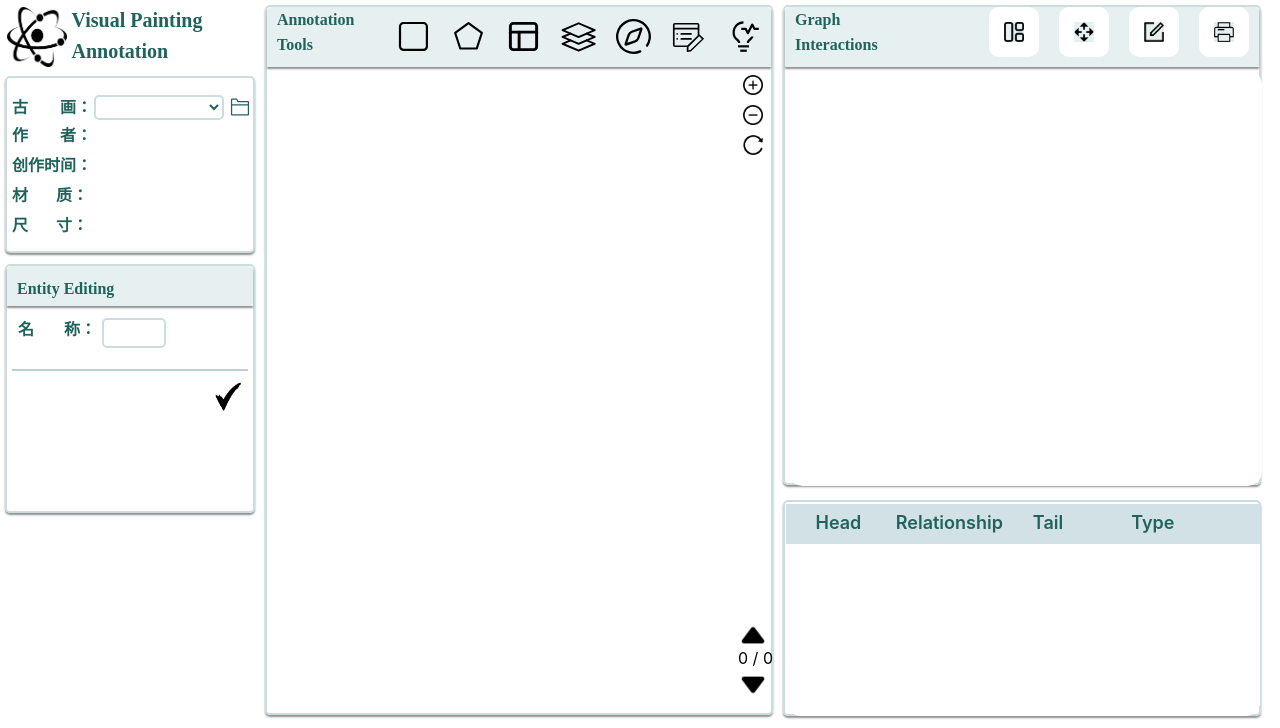
Repository: cailbh/ImageLabelTool
Page: /
The author's editor kept a copy of each file at every save. The page is drawn from the files as they stood at one save, then again after the next save.
The browser window is 1280 px wide. The pictures show the whole page.
The project was rebuilt for these pictures with package versions that can differ from the ones it lists, and the page was loaded fresh each time.

Above is the page before, as saved 2022-10-30 14:10:31.

### src/index.tsx
import React from 'react';
import ReactDOM from 'react-dom/client';
import './index.css';
import UI from './View';

const root = ReactDOM.createRoot(
  document.getElementById('root') as HTMLElement
);
root.render(
  <React.StrictMode>
    <UI />
  </React.StrictMode>
);

### src/index.css
* {
  margin: 0;
  font-family: -apple-system, BlinkMacSystemFont, 'Segoe UI', 'Roboto', 'Oxygen',
    'Ubuntu', 'Cantarell', 'Fira Sans', 'Droid Sans', 'Helvetica Neue',
    sans-serif;
  -webkit-font-smoothing: antialiased;
  -moz-osx-font-smoothing: grayscale;
  padding: 0;
  user-select: none;
}

code {
  font-family: source-code-pro, Menlo, Monaco, Consolas, 'Courier New',
    monospace;
}

html, body, #root {
  width: 100%;
  height: 100%;
  /* background: rgb(237,241,241); */
  background: rgb(255,255,255);
}

#root {
  /* display: flex; */
  /* flex-direction: row; */

}

### src/View/index.tsx
/**
 * 该组件负责图像视图与网络图视图的通信：
 *
 */

import React from "react";
// import ImageView from "./ImageView";
import GraphView from "./GraphView";
import LabelView from "./LabelView";
import { Entity, EntityArray, Relationship, RelationshipArray } from '../lib/interface'
import { EntityArrayContextProvider, useEntityArray, useEntityArrayUpdate } from "../lib/context";
import { RelationshipArrayContextProvider, useRelationshipArray, useRelationshipArrayUpdate } from "../lib/context";
import { InfoContextProvider, useInfo, useInfoUpdate } from "../lib/context";
import { MemoArrayContextProvider, useMemoArray, useMemoArrayUpdate } from "../lib/context";


export default function UI() {
    return (
        <React.StrictMode>
            <InfoContextProvider>
                <RelationshipArrayContextProvider>
                    <EntityArrayContextProvider>
                        <MemoArrayContextProvider>
                            {/* <ImageView></ImageView> */}

                            <LabelView></LabelView>
                            {/* <GraphView></GraphView> */}
                        </MemoArrayContextProvider>
                    </ EntityArrayContextProvider >
                </RelationshipArrayContextProvider>
            </InfoContextProvider>
        </React.StrictMode>
    )
}

### src/View/LabelView.tsx
import React from "react";
import LabelDisplay from "../component/LabelDisplay/index";
import LabelTool from "../component/LabelTool/index";
import ViewCard from "./ViewCard";

export default function LabelView() {
    return (
        // <ViewCard
        //     top={(
        //         <LabelTool></LabelTool>
        //     )}
        //     body={(
        <LabelDisplay></LabelDisplay>
        //     )}
        // />
    )
}

### src/lib/context.tsx
import React, { useContext, useState } from 'react';
import { MemoArray, Relationship, RelationshipArray, EntityArray, Entity, Info } from './interface'
import { arrayBuffer } from 'stream/consumers';


const entityContext = React.createContext<EntityArray>({ array: [] });
const EntityUpdateContext = React.createContext(null);

export const useEntityArray = () => useContext(entityContext);
export const useEntityArrayUpdate = () => useContext(EntityUpdateContext);
export const EntityArrayContextProvider = ({ children }) => {
    const [entityArray, setEntityArray] = useState<Entity[]>([]);
    const updateEntityArray = (entityArray) => {
        setEntityArray([...entityArray])
    }
    return (
        <entityContext.Provider value={{ array: entityArray }}>
            <EntityUpdateContext.Provider value={updateEntityArray}>
                {children}
            </EntityUpdateContext.Provider>
        </entityContext.Provider>
    );
};

const relationshipContext = React.createContext<RelationshipArray>({ array: [] });
const relationshipUpdateContext = React.createContext(null);

export const useRelationshipArray = () => useContext(relationshipContext);
export const useRelationshipArrayUpdate = () => useContext(relationshipUpdateContext);
export const RelationshipArrayContextProvider = ({ children }) => {
    const [RelationshipArray, setRelationshipArray] = useState<Relationship[]>([]);
    const updateRelationshipArray = (RelationshipArray) => {
        setRelationshipArray([...RelationshipArray])
    }
    return (
        <relationshipContext.Provider value={{ array: RelationshipArray }}>
            <relationshipUpdateContext.Provider value={updateRelationshipArray}>
                {children}
            </relationshipUpdateContext.Provider>
        </relationshipContext.Provider>
    );
};


const memoContext = React.createContext<MemoArray>({ entArray: [], relArray: [] });
const memoUpdateContext = React.createContext(null);

export const useMemoArray = () => useContext(memoContext);
export const useMemoArrayUpdate = () => useContext(memoUpdateContext);
export const MemoArrayContextProvider = ({ children }) => {
    const [entArray, setEntArray] = useState<Entity[]>([]);
    const [relArray, setRelArray] = useState<Relationship[]>([]);
    const updateMemoArray = (entArray, relArray) => {
        setEntArray([...entArray])
        setRelArray([...relArray])
    }
    return (
        <memoContext.Provider value={{ entArray: entArray, relArray: relArray }}>
            <memoUpdateContext.Provider value={updateMemoArray}>
                {children}
            </memoUpdateContext.Provider>
        </memoContext.Provider>
    );
};

const infoContext = React.createContext<Info>(null);
const InfoUpdateContext = React.createContext(null);

export const useInfo = () => useContext(infoContext);
export const useInfoUpdate = () => useContext(InfoUpdateContext);
export const InfoContextProvider = ({ children }) => {
    const [info, setInfo] = useState<Info>();
    const updateInfo = (infoArray) => {
        setInfo(infoArray)
    }
    return (
        <infoContext.Provider value={info}>
            <InfoUpdateContext.Provider value={updateInfo}>
                {children}
            </InfoUpdateContext.Provider>
        </infoContext.Provider>
    );
};

### src/lib/webAnnotate.tsx
export default class LabelImage {
	entityCo: any;
	cWidth: number;
	cHeight: number;
	// 缩略图宽度
	sWidth: number;
	// 缩略图高度
	sHeight: number;
	// 图片宽度
	iWidth: number;
	// 图片高度
	iHeight: number;
	// 图片拖拽至边缘最小显示
	appearSize: number;
	// 缩放布进
	scaleStep: number;
	// 最小缩放比例
	minScale: number;
	// 最大缩放比例
	maxScale: number;
	// 图片在画板中的横坐标
	x: number;
	// 图片在画板中的纵坐标
	y: number;
	// 鼠标当前画板中的横坐标
	mouseX: number;
	// 鼠标当前画板中的纵坐标
	mouseY: number;
	// 拖动过程中，鼠标前一次移动的横坐标
	prevX: number;
	// 拖动过程中，鼠标前一次移动的纵坐标
	prevY: number;
	// 创建新标签输入名字
	inputs: string;
	// 鼠标移动过程中坐标
	moveP: any;
	// 拖动时，曲线圆点类型
	curveCircleType: string;
	// 拖动时，曲线下标
	curveIndex: number;
	// 缩放比例
	scale: number;
	// 鼠标在图片中的横坐标
	ix: number;
	// 鼠标在图片中的纵坐标
	iy: number;
	// 矩形框起点横坐标
	rectX: number;
	// 矩形框起点纵坐标
	rectY: number;
	// 曲线终点点横坐标
	endX: number;
	// 曲线终点纵坐标
	endY: number;
	// 关系起点id
	sourceIndex: string;
	// 关系终点id
	targetIndex: number;
	// 绘制多边形的圆点半径
	radius: number;

	// 绘制线段宽度
	lineWidth: number;

	//绘制区域模块透明度
	opacity: number;

	// 定时器
	timer: any;

	// 结果是否被修改
	isModify: boolean;

	// 是否全屏
	isFullScreen: boolean;

	// 是否移动图像标注圆点
	isDragCircle: boolean;

	// 当前点击圆点index
	snapCircleIndex: number;

	// 用于在拖拽或者缩放时，让绘制至存储面板的数据，只绘制一次
	drawFlag: boolean;

	// 监听滚动条缩放是否结束的定时器
	mousewheelTimer: any;

	// 历史记录下标
	historyIndex: number;
	Arrays: any;
	Nodes: any;
	Features: any;
	constructor(options) {
		// 画布宽度
		this.cWidth = 0;
		// 画布高度
		this.cHeight = 0;
		// 缩略图宽度
		this.sWidth = 0;
		// 缩略图高度
		this.sHeight = 0;
		// 图片宽度
		this.iWidth = 0;
		// 图片高度
		this.iHeight = 0;
		// 图片拖拽至边缘最小显示
		this.appearSize = 180;
		// 缩放布进
		this.scaleStep = 0.02;
		// 最小缩放比例
		this.minScale = 0.02;
		// 最大缩放比例
		this.maxScale = 8;
		// 图片在画板中的横坐标
		this.x = 0;
		// 图片在画板中的纵坐标
		this.y = 0;
		// 鼠标当前画板中的横坐标
		this.mouseX = 0;
		// 鼠标当前画板中的纵坐标
		this.mouseY = 0;
		// 拖动过程中，鼠标前一次移动的横坐标
		this.prevX = 0;
		// 拖动过程中，鼠标前一次移动的纵坐标
		this.prevY = 0;
		// 创建新标签输入名字
		this.inputs = "";
		// 拖动时，曲线圆点类型
		this.curveCircleType = '';
		// 拖动时，曲线下标
		this.curveIndex = -1;
		// 缩放比例
		this.scale = 0;
		// 鼠标在图片中的横坐标
		this.ix = 0;
		// 鼠标在图片中的纵坐标
		this.iy = 0;
		// 矩形框起点横坐标
		this.rectX = 0;
		// 矩形框起点纵坐标
		this.rectY = 0;
		// 曲线终点点横坐标
		this.endX = 0;
		// 曲线终点纵坐标
		this.endY = 0;

		this.moveP = [];

		// 关系起点下标
		this.sourceIndex = "0";
		this.targetIndex = -1;
		// 绘制多边形的圆点半径
		this.radius = 6;

		// 绘制线段宽度
		this.lineWidth = 1;

		//绘制区域模块透明度
		this.opacity = 0.45;

		// 定时器
		this.timer = null;

		// 结果是否被修改
		this.isModify = false;

		// 是否全屏
		this.isFullScreen = false;

		// 是否移动图像标注圆点
		this.isDragCircle = false;

		// 当前点击圆点index
		this.snapCircleIndex = 0;

		// 用于在拖拽或者缩放时，让绘制至存储面板的数据，只绘制一次
		this.drawFlag = true;

		// 监听滚动条缩放是否结束的定时器
		this.mousewheelTimer = null;

		// 历史记录下标
		this.historyIndex = 0;

		this.Arrays = {

			// 标定历史保存标签记录
			history: [],

			// 图片标注展示数据集
			imageAnnotateShower: [],

			// 图片标注存储数据集
			imageAnnotateMemory: [],

			// 关系标注展示数据集
			relationshipAnnotateShower: [],

			// 关系标注存储数据集
			relationshipAnnotateMemory: [],

			// 标注集操作 result list index
			resultIndex: 0,
			// 关系集操作 result list index
			relationshipIndex: 0,

		};
		this.Nodes = {
			// 图片节点
			image: null,
			// 画布节点
			canvas: null,
			// 缩略图节点
			scaleCanvas: null,
			// 缩放比例面板
			scalePanel: null,
			// 画布上下文
			ctx: null,
			// 缩略图画板上下文
			sCtx: null,
			// 缩略图方框
			scaleRect: null,
			// 存储图像数据的画布
			bCanvas: null,
			// 存储图像数据的上下文
			bCtx: null,
			// 绘图部分主外层函数
			canvasMain: null,
			// 标记结果数据集
			resultGroup: null,
			// 十字线开关按钮
			crossLine: null,
			// 标注结果开关按钮
			labelShower: null,
			// 屏幕快照按钮
			screenShot: null,
			// 全屏按钮
			screenFull: null,
			// 颜色选取器节点数据
			colorHex: null,
			// // 清空标注内容
			// clearScreen: options.clearScreen,
			// // 撤销，返回上一步
			// returnUp: options.returnUp,
			// 标签管理
			toolTagsManager: null,
			// 历史记录列表
			historyGroup: null
		};
		this.Features = {
			//
			N:true,
			// 拖动开关
			dragOn: true,
			// 矩形标注开关
			rectOn: false,
			// 多边形标注开关
			polygonOn: false,
			// 切换布局
			layoutOn: false,
			// 层级标注开关
			dropTOn: false,
			// 组合层级
			CombinOn: false,
			// 标签管理工具
			tagsOn: false,
			// 关系标注开关
			relationshipOn: false,
			// 实体线性趋势标注开关
			trendOn: false,
			// 十字线开关
			crossOn: false,
			// 标注结果显示
			labelOn: true,

		};
	}

}

### src/lib/tasks.tsx
export default class Task {
    id: string;
    name: string;
    size: string;
    texture: string;
    time: string;
    author: string;
    constructor(options) {
        this.id = "";
        this.name = "";
        this.size = "";
        this.texture = "";
        this.time = "";
        this.author = ""
    }
}

### src/lib/interface.tsx
export class EntityArray {
    array: Array<Entity>;
}
export class RelationshipArray {
    array: Array<Relationship>;
}
export class MemoArray {
    relArray: Array<Relationship>;
    entArray: Array<Entity>;
}
export class Entity {
    name: string;
    id: string;
    type: string;
    x: number;
    y: number;
    //图片绘制起始位置
    ix: number;
    iy: number;
    //标注绘制起始位置
    lx: number;
    ly: number;
    // 图片宽度
    iWidth: number;
    // 图片高度
    iHeight: number;
    //图片缩放
    iScale: number;
    visAble: boolean;
    labels: any;
    content: any;
    contentType: string;
    labelLocation: any;
    rgb: string;
    visibility: boolean;
    trend: any;
    trendIndex: number;
    centerPoint: any;
    rectMask: any;
    color: string;
    describe: string;
    attribute: any;
    active: boolean;
    children: any;
    constructor(myName: string) { //定义带参数的构造函数
        this.name = myName;
    }
}


export class Relationship {
    name: string;
    id: string;
    type: string;
    targetId: string;
    sourceId: string;
    color: string;
    weight: number;
    visAble: boolean
    // constructor(myName: string) { //定义带参数的构造函数
    //     this.name = myName;
    // }
}

export class Info {
    changeState: number;
}

export default class LabelState {
    //任务名称
    taskName: string;
    //文件列表
    imgFiles: any;
    //图片总数
    imgSum: number;
    //选择图片下标
    imgIndex: number;
    cWidth: number;
    cHeight: number;
    // 缩略图宽度
    sWidth: number;
    // 缩略图高度
    sHeight: number;
    // 图片宽度
    iWidth: number;
    // 图片高度
    iHeight: number;
    // 图片拖拽至边缘最小显示
    appearSize: number;
    // 缩放布进
    scaleStep: number;
    // 最小缩放比例
    minScale: number;
    // 最大缩放比例
    maxScale: number;
    // 图片在画板中的横坐标
    x: number;
    // 图片在画板中的纵坐标
    y: number;
    // 鼠标当前画板中的横坐标
    mouseX: number;
    // 鼠标当前画板中的纵坐标
    mouseY: number;
    // 拖动过程中，鼠标前一次移动的横坐标
    prevX: number;
    // 拖动过程中，鼠标前一次移动的纵坐标
    prevY: number;
    // 缩放比例
    scale: number;
    // 鼠标在图片中的横坐标
    ix: number;
    // 鼠标在图片中的纵坐标
    iy: number;
    // 矩形框起点横坐标
    rectX: number;
    // 矩形框起点纵坐标
    rectY: number;
    // 绘制多边形的圆点半径
    radius: number;

    // 绘制线段宽度
    lineWidth: number;

    //绘制区域模块透明度
    opacity: number;

    // 定时器
    timer: any;

    // 结果是否被修改
    isModify: boolean;

    // 是否全屏
    isFullScreen: boolean;

    // 是否移动图像标注圆点
    isDragCircle: boolean;

    // 当前点击圆点index
    snapCircleIndex: number;

    // 用于在拖拽或者缩放时，让绘制至存储面板的数据，只绘制一次
    drawFlag: boolean;

    // 监听滚动条缩放是否结束的定时器
    mousewheelTimer: null;

    // 历史记录下标
    historyIndex: number;
    Arrays: any;
    Nodes: any;
    Features: any;

}

### src/axios/index.ts
import entityRecognize from './api/entityRecognize';

export * from './api/entityRecognize'; // 目标识别
// export * from './api/img'; // 图片
export default {
    entityRecognize
}

### src/component/AttributeInput/index.css
.nameInput{
    margin: 5px;
    height: 60px;
    border-bottom: 2px rgba(32,99,92,0.3) solid;
}
.contain{
    height: 100%;
}
.attrHead{
    background-color: rgba(230,240,241,1);
    /* margin: 5px; */
    color:rgba(32,99,92,1);
    height: 40px;
    font-size:25px;
    line-height:30px;
    font-weight: 600;
    font-size: 18px;
    line-height: 1.35;
    font-variant: tabular-nums;
    line-height: 1.5715;
    font-feature-settings: "tnum";
    font-family: SourceHanSerifCN-Heavy, SourceHanSerifCN;
    border-top-left-radius: 5px;
    border-top-right-radius: 5px;

    filter:progid:DXImageTransform.Microsoft.Shadow(color=#909090,direction=120,strength=4);
    -moz-box-shadow: 0px 2px 10px #909090;
    -webkit-box-shadow: 0px 2px 10px #909090;
    box-shadow:0px 2px 2px #909090

}
.headName{
    float: left;
    /* margin: 20px; */
    padding: 10px;
    width: 100%;
    font-size:15px;
    line-height:90px;
    color:rgba(32,99,92,1);
    font-size:16px;
    line-height:30px;
    font-weight: 600;
    font-variant: tabular-nums;
    line-height: 1.5715;
    font-feature-settings: "tnum";
    font-family: SourceHanSerifCN-Heavy, SourceHanSerifCN;
    border-top-left-radius: 5px;
    border-top-right-radius: 5px;
    float: left;
}
.headValue{
    float: left;
    width: calc(50% - 40px);
    margin: 20px;
    font-size:15px;
    line-height:30px;
    font-family:"Microsoft YaHei",Tahoma,Verdana,SimSun;
    font-style:normal;
    font-variant:normal;
    font-size-adjust:none;
    font-stretch:normal;
    font-weight:normal;
    border-radius: 5px;
}
.attrInput{
    margin: 5px;
    height: 60px;
    /* display: flex; */
    justify-content: center;
    align-items: center;
}
.attrInputDiv{
    margin: 5px;
    height: calc(100% - 160px);
    overflow: scroll;
    scrollbar-width: none;
}
.attrKey{
    margin: 6px;
    height: calc(50% - 12px);
    width: 30%;
    float: left;
    text-align: center;
    color: rgb(32,99,92);
    font-weight: 600;
    font-size: 16px;
    line-height: 1.35;
    font-variant: tabular-nums;
    line-height: 1.5715;
    font-feature-settings: "tnum";
    font-family: SourceHanSerifCN-Heavy, SourceHanSerifCN;

    border-radius: 5px;
    /* cursor: none; */
}
.attrDel{

}
.addAttr{
    width: 30px;
    height: 30px;
    cursor: pointer;
    display: flex;
    justify-content: center;
    align-items: center;
}

.addAttrBut{
    height: 100%;
}
.attrValue{
    margin: 6px;
    height: calc(50% - 12px);
    width: 30%;
    float: left;
}

.valueInput{
    width: 90%;
    border-radius: 10px;
    border: 1.5px #ccc solid;
    margin: 1px;
    /* margin-left: 15px; */
    color: rgb(32,99,92);


    background: rgba(210,225,230,0);
    outline: none;
    border: #000;
    border: 2px solid rgb(204,221,224);
    border-radius: 5px;


    font-weight: 600;
    font-size: 16px;
    line-height: 1.35;
    font-variant: tabular-nums;
    line-height: 1.5715;
    font-feature-settings: "tnum";
    font-family: SourceHanSerifCN-Heavy, SourceHanSerifCN;
}
.keyInput{
    width: 90%;
    border-radius: 10px;
    margin: 1px;

    background: rgba(210,225,230,0);
    outline: none;
    border: #000;
    border: 2px solid rgb(204,221,224);
    border-radius: 5px;


    color: rgb(32,99,92);
    font-weight: 600;
    font-size: 16px;
    line-height: 1.35;
    font-variant: tabular-nums;
    line-height: 1.5715;
    font-feature-settings: "tnum";
    font-family: SourceHanSerifCN-Heavy, SourceHanSerifCN;
}

### src/component/GraphRelationship/index.css
.smallInput  {
    width: 90%;
    border-radius: 10px;
    border: 1.5px #ccc solid;
    /* margin: 5px; */
    margin-left: 15px;
    color: rgb(32,99,92);
    font-weight: 600;
    font-size: 16px;
    line-height: 1.35;
    font-variant: tabular-nums;
    line-height: 1.5715;
    font-feature-settings: "tnum";
    font-family: SourceHanSerifCN-Heavy, SourceHanSerifCN;
}
.relRow{
    width: 20% !important;
    margin: 3px;
    padding: 0px !important;
}
.relationship-table-head-co{
    width: 20%;
    height: calc(100% - 10px);
    float: left;
    margin: 5px;
    text-align: center;
}
.confirmButton{
    width: 60px;
    height: 30px;
    margin: 5px;
    border-radius: 15px;
    border: 0px;
    background-color: rgb(32,99,92);
    color: #fff;
    text-align: center;
    font-weight: 600;
    font-size: 14px;
    line-height: 1.35;
    font-variant: tabular-nums;
    line-height: 1.5715;
    font-feature-settings: "tnum";
    font-family: SourceHanSerifCN-Heavy, SourceHanSerifCN;
}
#bigInput {
    color:#333;
    height: 60px;
    line-height:normal;
    font-family:"Microsoft YaHei",Tahoma,Verdana,SimSun;
    font-style:normal;
    font-variant:normal;
    font-size-adjust:none;
    font-stretch:normal;
    font-weight:normal;
    margin-top:0px;
    margin-bottom:0px;
    margin-left:0px;
    padding-top:4px;
    padding-right:4px;
    padding-bottom:4px;
    padding-left:4px;
    font-size:15px;
    outline-width:medium;
    outline-style:none;
    outline-color:invert;
    border-top-left-radius:3px;
    border-top-right-radius:3px;
    border-bottom-left-radius:3px;
    border-bottom-right-radius:3px;
    text-shadow:0px 1px 2px #fff;
    background-attachment:scroll;
    background-repeat:repeat-x;
    background-position-x:left;
    background-position-y:top;
    background-size:auto;
    background-origin:padding-box;
    background-clip:border-box;
    background-color:rgb(255,255,255);
    margin-right:8px;
    border-top-color:#ccc;
    border-right-color:#ccc;
    border-bottom-color:#ccc;
    border-left-color:#ccc;
    border-top-width:1px;
    border-right-width:1px;
    border-bottom-width:1px;
    border-left-width:1px;
    border-top-style:solid;
    border-right-style:solid;
    border-bottom-style:solid;
    border-left-style:solid;
}
.relationship-table-head{
    height: 40px;
    color: rgb(32,99,92);
    background: rgb(210,225,230);
    font-weight: 600;
    font-size: 18px;
    line-height: 1.35;
    font-variant: tabular-nums;
    line-height: 1.5715;
    font-feature-settings: "tnum";
    font-family: SourceHanSerifCN-Heavy, SourceHanSerifCN;
    /* border-top-left-radius: 15px;
    border-top-right-radius: 15px; */
}
.relationship-table-body{
    height: calc(100% - 40px);
    overflow:scroll;
    scrollbar-width: none;
}

### src/axios/api/entityRecognize/index.ts
import { get, put, post, del } from '../../http';
import axios from 'axios'
import{base} from '../config'
import {message} from 'antd'
import cookie from 'react-cookies'
export const getImg = (data: any) => get({ url: '/recognize/', data }); //
export const postImg = (data: any) => post({ url: '/recognize/', data }); //
export const updateImg = (data: any) => put({ url: '/recognize/', data });

export default{
    //测试
    async testApi(params){
        return await axios.get(`${base}/hi`,params) .then((res)=>{
            return res.data;
        }).catch((error)=>{
            message.error("服务器出错")
        })
    },
    //目标检测
    async entityRecognizeApi(params){
        return await axios.post(`${base}/predict_bbx`,params).then((res)=>{
            return res.data;
        }).catch((error)=>{
            message.error("服务器出错")
        })
    },

}

### src/axios/config.ts
export const rootURL = ''

export const ServerCode = {
    SUCCESS: 0,
    CONTINUE: 400,
    WRONG_PARAM: 401,
    WRONG_REQUEST: 402,
    FORBIDDEN: 403,
    WRONG_URL: 404,
    NO_LOGIN: 406,
    TIME_OUT: 408,
    WRONG_REQUEST_MODAL: 410,
    AUTO_SAVE_ERROR_CODE: 411, // 自动暂存code
    PROCESS_ERROR: 412, // 任务进度错误
    WRONG_SERVER: 500,
    WRONG_REALIZE: 501,
    WRONG_GATEWAY: 502,
    BAD_SERVER: 503,
    GATEWAY_TIME_OUT: 504,
    WRONG_VERSION: 505
};

export const SubCode = {
    OPERATION_FAILED: 410001,
    TASK_HAS_EXPIRED_OR_SUBMITTED: 400001
};

export const ServerCodeMap = {
    [ServerCode.SUCCESS]: '成功',
    [ServerCode.CONTINUE]: '继续', // 传递指定“继续参数”即可成功
    [ServerCode.WRONG_PARAM]: '参数格式出错',
    [ServerCode.WRONG_REQUEST]: '请求出错',
    [ServerCode.FORBIDDEN]: '拒绝访问',
    [ServerCode.WRONG_URL]: '请求地址出错',
    [ServerCode.NO_LOGIN]: '未登录',
    [ServerCode.TIME_OUT]: '请求超时',
    [ServerCode.WRONG_SERVER]: '服务器内部错误',
    [ServerCode.WRONG_REALIZE]: '服务未实现',
    [ServerCode.WRONG_GATEWAY]: '网关错误',
    [ServerCode.BAD_SERVER]: '服务不可用',
    [ServerCode.GATEWAY_TIME_OUT]: '网关超时',
    [ServerCode.WRONG_VERSION]: 'HTTP版本不受支持'
};

export const RedirectMap = {
    [ServerCode.FORBIDDEN]: '/403'
};

Loaded but not shown: public/index.html (common file); src/lib/uuid.js (8 lines, source omitted); src/axios/api/config.js (3 lines, source omitted); src/component/LabelDisplay/index.tsx (3933 lines, source omitted); src/component/LabelDisplay/index.css (1891 lines, source omitted); src/component/LabelDisplay/graph.css (419 lines, source omitted); src/component/GraphRelationship/index.tsx (190 lines, source omitted); src/component/AttributeInput/index.tsx (164 lines, source omitted); src/axios/http.ts (147 lines, source omitted)

After the next save:
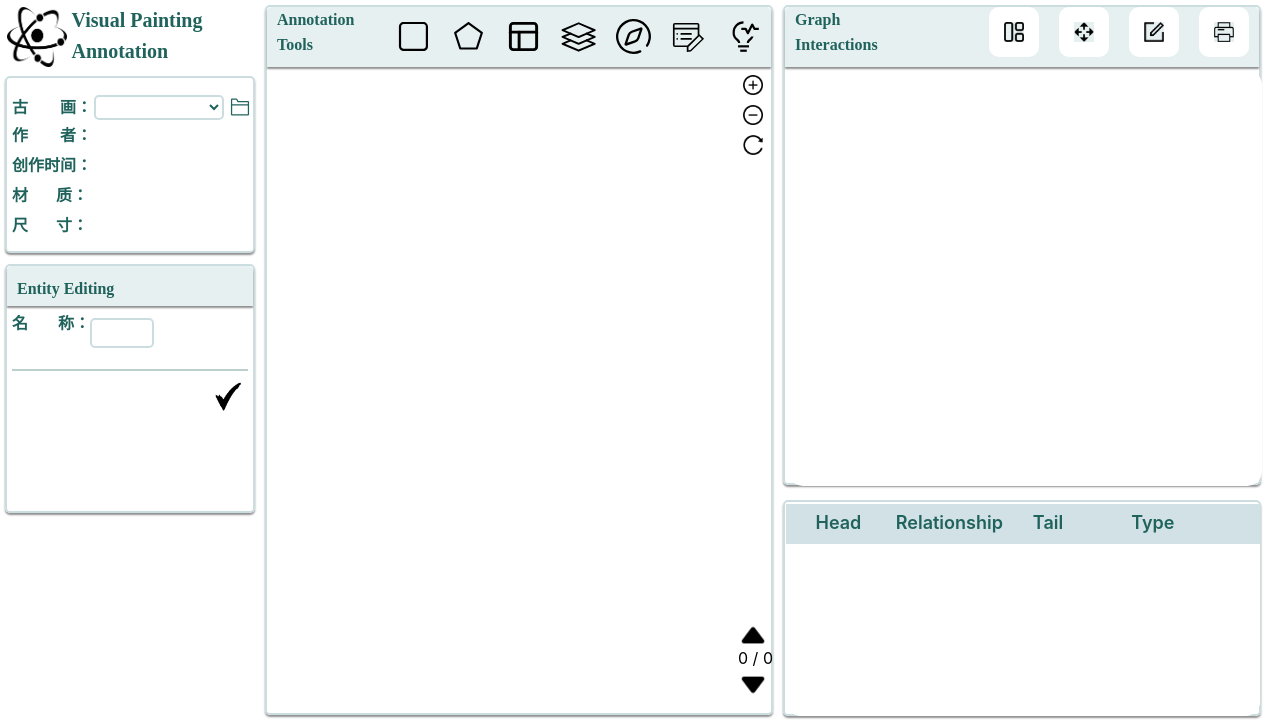
Saved 13 s later.
--- a/src/component/AttributeInput/index.css
+++ b/src/component/AttributeInput/index.css
@@ -76,7 +76,7 @@
     scrollbar-width: none;
 }
 .attrKey{
-    margin: 6px;
+    /* margin: 6px; */
     height: calc(50% - 12px);
     width: 30%;
     float: left;
